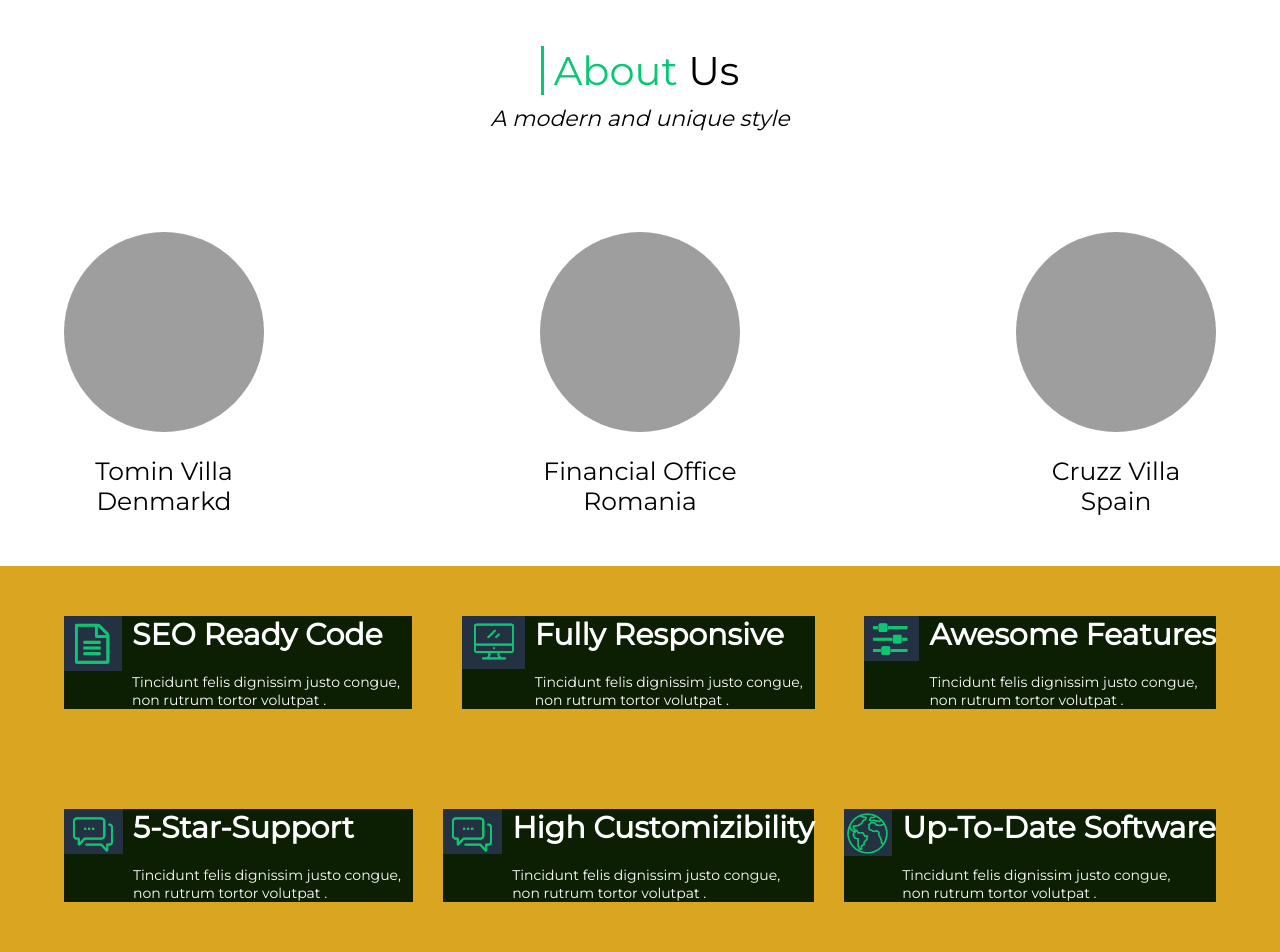
Repository: Yowani24/Real-Estate2
Page: index.html
The author's editor kept a copy of each file at every save. The page is drawn from the files as they stood at one save, then again after the next save.
The browser window is 1280 px wide. The pictures show the part of the page from y = 809 to 1761 px (the page is 1761 px tall).
Pictures or frames that could not be fetched are drawn as grey boxes. Some web fonts or font styles are not loaded; a fallback is used.

Above is the page before, as saved 2021-08-27 14:33:43.

After the next save:
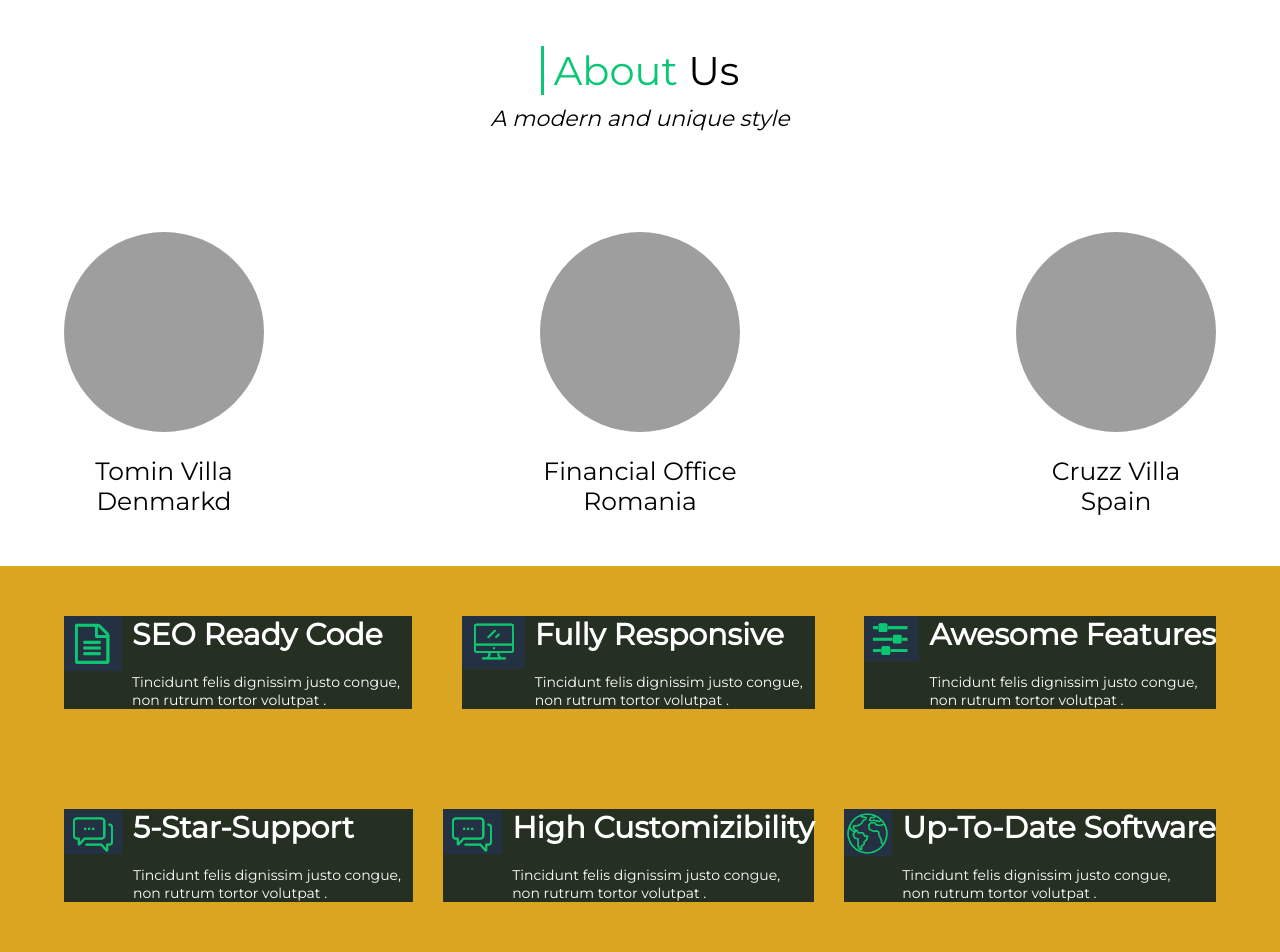
Saved 6 s later.
--- a/styles.css
+++ b/styles.css
@@ -172,7 +172,7 @@ Header .menu nav a{
 }
 .services_box{
     display: flex;
-    background: rgb(12, 31, 3);
+    background: rgb(38, 48, 34);
     margin: 50px 0;
     align-items: flex-start;
 }
